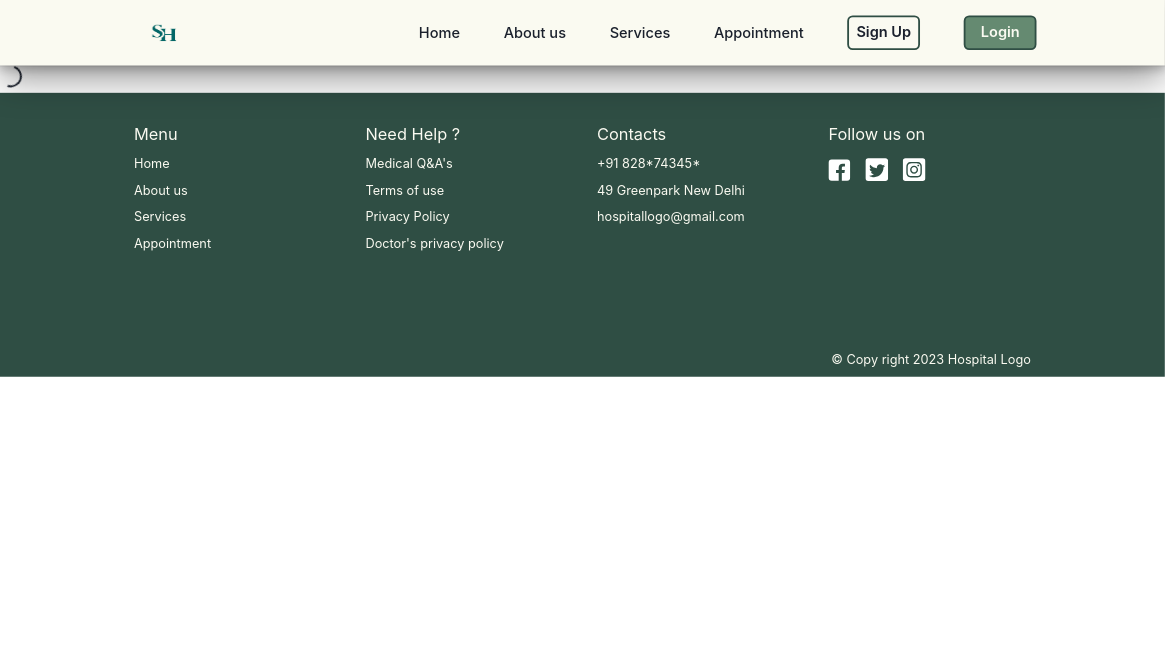
Repository: geeteshmehuria/Samrat-Hospital-Clone
Page: /appointment
An editor plug-in stored every save of this project. The page is shown before and after the next save, followed by the edit.
The browser window is 1280 px wide. The pictures show the whole page, at 91% of full size.
The page's requests for data from a server got no answer. Some web fonts or font styles are not loaded; a fallback is used. The project was rebuilt for these pictures with package versions that can differ from the ones it lists, and the page was loaded fresh each time. No one was signed in, and anything a server would have sent is missing. Also part of the build but not shown: vite.config.js, src/Css/home.css, src/pages/Home.jsx, src/components/AppointmentComp/AppointmentBookingForm.jsx, src/components/AppointmentComp/ReviewSection.jsx, src/components/AppointmentComp/DoctorDetailBox.jsx, src/pages/Login.jsx, src/pages/SignUp.jsx and 6 more. Imported but missing from the stored project, and not drawn on this page: src/assets/AppointmentVideo.mp4.

Above is the page before, as saved 2024-01-19 20:04:51.

After the next save:
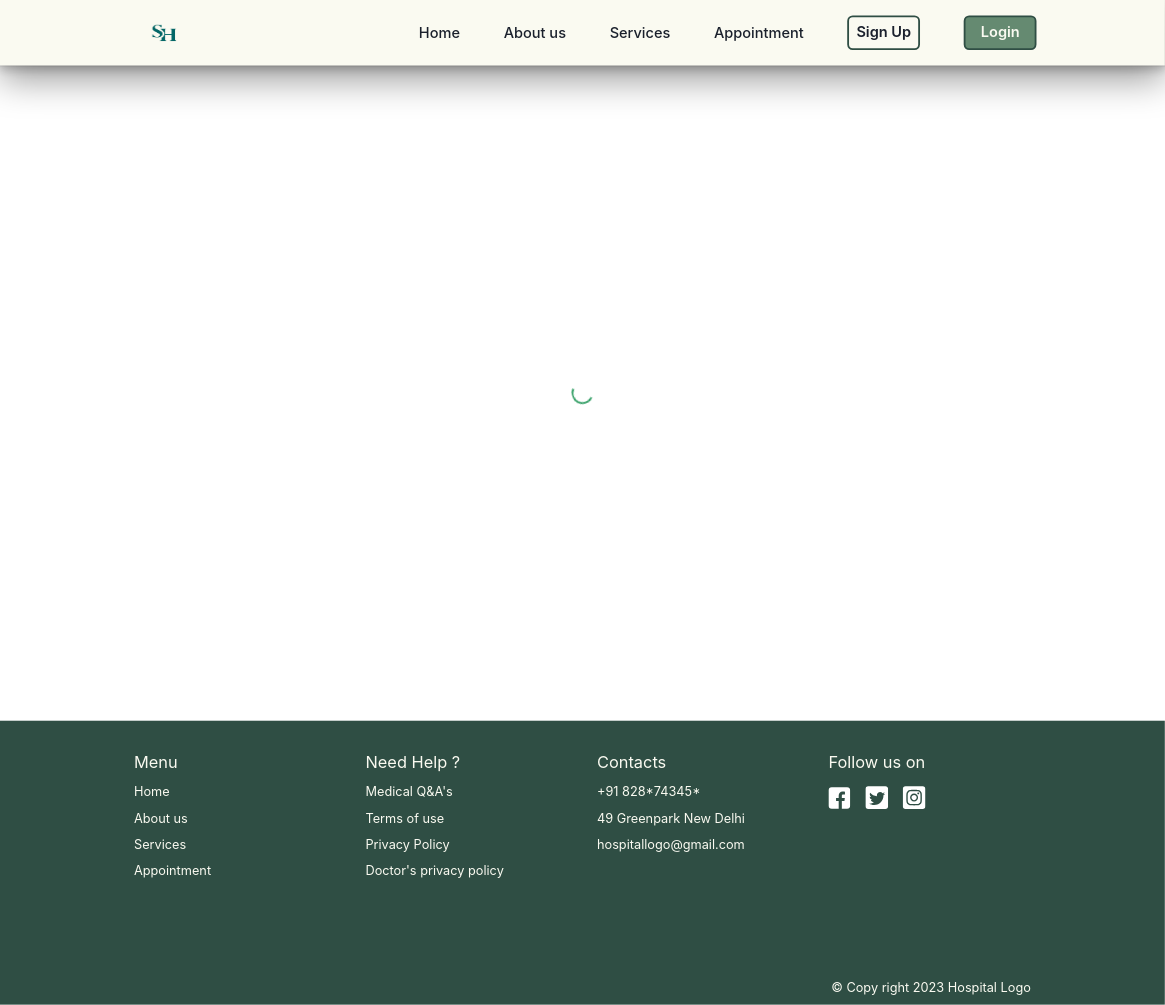
Saved 29 s later.
--- a/src/pages/Appointment.jsx
+++ b/src/pages/Appointment.jsx
@@ -30,10 +30,17 @@
 
   if (!doctorDetails) {
     return (
-      <div>
-        <Spinner />
+      <div
+        style={{
+          display: "flex",
+          justifyContent: "center",
+          alignItems: "center",
+          height: "100vh", // Make the container full height
+        }}
+      >
+        <Spinner size="md" color="green.500" />
       </div>
-    ); // Or any loading spinner
+    );
   }
 
   return (
